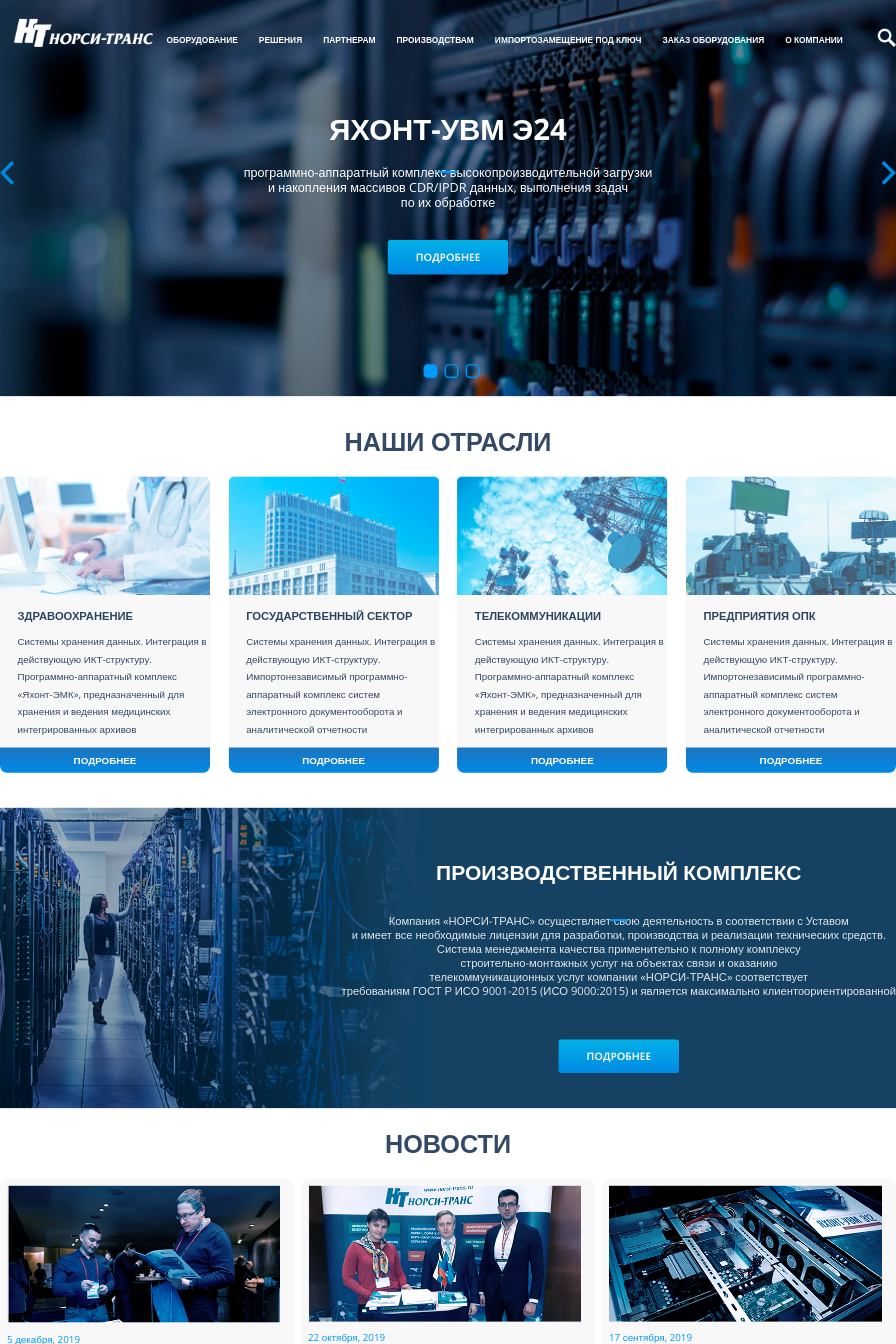
Repository: frostnn/testTaskBurbon
Page: app/index.html
These files come from the project's save history. The page is drawn as it stood at one moment and after the next save; the edit follows.
The browser window is 1280 px wide. The pictures show the part of the page from y = 0 to 1920 px (the page is 3348 px tall), at 70% of full size.
The style sheet was rebuilt from its Sass, Less or Tailwind sources for each picture, by a compiler version that may differ from the author's.

Above is the page before, as saved 2020-07-17 11:59:20.

### app/index.html
<!DOCTYPE html>
<html lang="en">
<head>
  <meta charset="UTF-8">
  <meta name="viewport" content="width=device-width, initial-scale=1.0">
  <meta http-equiv="X-UA-Compatible" content="ie=edge">
  <link rel="stylesheet" href="css/style.min.css">
  <title>Test task</title>
</head>
<body>
  <div class="bg-test">
    <header class="header">
      <div class="mobile-menu">
        <span class="mobile-menu__burger"></span>
      </div>

        <div class="header-logo">
          <img src="./img/NT_logo_color.png" alt="Логотип" class="header-logo__img">
        </div>
        <nav class="header-nav">
          <ul class="header-nav__list">
            <li class="header-nav__list-item">
              <a href="#" class="header-nav__list-link">оборудование</a>
            </li>
            <li class="header-nav__list-item">
              <a href="#" class="header-nav__list-link">решения</a>
            </li>
            <li class="header-nav__list-item">
              <a href="#" class="header-nav__list-link">партнерам</a>
            </li>
            <li class="header-nav__list-item">
              <a href="#" class="header-nav__list-link">производствам</a>
            </li>
            <li class="header-nav__list-item">
              <a href="#" class="header-nav__list-link">импортозамещение под ключ</a>
            </li>
            <li class="header-nav__list-item">
              <a href="#" class="header-nav__list-link">заказ оборудования</a>
            </li>
            <li class="header-nav__list-item">
              <a href="#" class="header-nav__list-link">о компании</a>
            </li>
          </ul>
        </nav>
        <div class="header-search">
          <img src="./img/search.png" alt="Поиск" class="header-search__img">
        </div>
    </header>
    <div class="mobile-nav">
      <div class="mobile-nav__close"></div>
      <ul class="mobile-nav_list">
        <li class="mobile-nav_list-title equipment">Оборудование</li>
        <li class="mobile-nav_list-text equipment"><a href="#" class="mobile-nav_item-link">Сервера хранения</a></li>
        <li class="mobile-nav_list-text equipment"><a href="#" class="mobile-nav_item-link">Серверное оборудование</a></li>
        <li class="mobile-nav_list-text equipment"><a href="#" class="mobile-nav_item-link">Контроллеры</a></li>
        <li class="mobile-nav_list-text equipment"><a href="#" class="mobile-nav_item-link">СХД</a></li>
        <li class="mobile-nav_list-text equipment"><a href="#" class="mobile-nav_item-link">Системы архивного хранения данных</a></li>
      </ul>
      <ul class="mobile-nav_list">
        <li class="mobile-nav_list-title decision">Решения</li>
        <li class="mobile-nav_list-text"><a href="#" class="mobile-nav_item-link">Сервера хранения</a></li>
        <li class="mobile-nav_list-text"><a href="#" class="mobile-nav_item-link">Серверное оборудование</a></li>
      </ul>
      <ul class="mobile-nav_list">
        <li class="mobile-nav_list-title partners">Партнерам</li>
        <li class="mobile-nav_list-text"><a href="#" class="mobile-nav_item-link">Сервера хранения</a></li>
        <li class="mobile-nav_list-text"><a href="#" class="mobile-nav_item-link">Серверное оборудование</a></li>
      </ul>
      <ul class="mobile-nav_list">
        <li class="mobile-nav_list-title productions">Производствам</li>
        <li class="mobile-nav_list-text"><a href="#" class="mobile-nav_item-link">Сервера хранения</a></li>
        <li class="mobile-nav_list-text"><a href="#" class="mobile-nav_item-link">Серверное оборудование</a></li>
      </ul>
      <ul class="mobile-nav_list">
        <li class="mobile-nav_list-title import">Импортозамещение под ключ</li>
        <li class="mobile-nav_list-text"><a href="#" class="mobile-nav_item-link">Сервера хранения</a></li>
        <li class="mobile-nav_list-text"><a href="#" class="mobile-nav_item-link">Серверное оборудование</a></li>
      </ul>
      <ul class="mobile-nav_list">
        <li class="mobile-nav_list-title order">Заказ оборудования</li>
        <li class="mobile-nav_list-text"><a href="#" class="mobile-nav_item-link">Сервера хранения</a></li>
        <li class="mobile-nav_list-text"><a href="#" class="mobile-nav_item-link">Серверное оборудование</a></li>
      </ul>
      <ul class="mobile-nav_list">
        <li class="mobile-nav_list-title about">О компании</li>
        <li class="mobile-nav_list-text"><a href="#" class="mobile-nav_item-link">Сервера хранения</a></li>
        <li class="mobile-nav_list-text"><a href="#" class="mobile-nav_item-link">Серверное оборудование</a></li>
      </ul>
    </div>
    <section class="slider">
      <div class="slider-block">
        <div class="slider-block__content">
          <h1 class="slider-block__content-title">Яхонт-увм э24</h1>
          <p class="slider-block__content-text">
            программно-аппаратный комплекс высокопроизводительной загрузки <br>
            и накопления массивов CDR/IPDR данных, выполнения задач<br>
            по их обработке
          </p>
          <a href="#" class="slider-block__content-link btn">Подробнее</a>
        </div>
        <div class="slider-block__content">
          <h1 class="slider-block__content-title">Яхонт-увм э24</h1>
          <p class="slider-block__content-text">
            программно-аппаратный комплекс высокопроизводительной загрузки <br>
            и накопления массивов CDR/IPDR данных, выполнения задач<br>
            по их обработке
          </p>
        <!--  <img src="./img/VPS.png" alt="" class="slider-block__content-img"> -->
          <a href="#" class="slider-block__content-link btn">Подробнее</a>
        </div>
        <div class="slider-block__content">
          <h1 class="slider-block__content-title">Яхонт-увм э24</h1>
          <p class="slider-block__content-text">
            программно-аппаратный комплекс высокопроизводительной загрузки <br>
            и накопления массивов CDR/IPDR данных, выполнения задач<br>
            по их обработке
          </p>
          <a href="#" class="slider-block__content-link btn">Подробнее</a>
        </div>
      </div>
    </section>
  </div>
  <section class="industries">
    <h2 class="industries-title">Наши отрасли</h2>
    <div class="industries-block">
      <div class="industries-block__content">
        <img src="./img/healths.png" alt="healths" class="industries-block__content-img">
        <h3 class="industries-block__content-title">Здравоохранение</h3>
        <p class="industries-block__content-text">
          Системы хранения данных. Интеграция
          в действующую ИКТ-структуру. Программно-аппаратный комплекс «Яхонт-ЭМК»,
          предназначенный для хранения и ведения медицинских интегрированных архивов
        </p>
        <a href="" class="industries-block__content-link">Подробнее</a>
      </div>
      <div class="industries-block__content">
        <img src="./img/gov.png" alt="government" class="industries-block__content-img">
        <h3 class="industries-block__content-title">Государственный сектор </h3>
        <p class="industries-block__content-text">
          Системы хранения данных. Интеграция в действующую ИКТ-структуру.
          Импортонезависимый программно-аппаратный комплекс систем электронного документооборота
          и аналитической отчетности
        </p>
        <a href="" class="industries-block__content-link">Подробнее</a>
      </div>
      <div class="industries-block__content">
        <img src="./img/telecom.png" alt="telecom" class="industries-block__content-img">
        <h3 class="industries-block__content-title">Телекоммуникации</h3>
        <p class="industries-block__content-text">
          Системы хранения данных. Интеграция в действующую ИКТ-структуру.
          Программно-аппаратный комплекс «Яхонт-ЭМК»,
          предназначенный для хранения и ведения медицинских интегрированных архивов
        </p>
        <a href="" class="industries-block__content-link">Подробнее</a>
      </div>
      <div class="industries-block__content">
        <img src="./img/opk.png" alt="opk" class="industries-block__content-img">
        <h3 class="industries-block__content-title">Предприятия ОПК</h3>
        <p class="industries-block__content-text">
          Системы хранения данных. Интеграция в действующую ИКТ-структуру.
          Импортонезависимый программно-аппаратный комплекс систем электронного документооборота
          и аналитической отчетности
        </p>
        <a href="#" class="industries-block__content-link">Подробнее</a>
      </div>
    </div>
  </section>
  <main class="production">
    <div class="production-wrapper">
      <div class="production-block">
        <h2 class="production-block__title">Производственный комплекс</h2>
        <p class="production-block__text">
          Компания «НОРСИ-ТРАНС» осуществляет свою деятельность в соответствии с Уставом <br>
          и имеет все необходимые лицензии для разработки, производства и реализации технических средств.<br>
          Система менеджмента качества применительно к полному комплексу<br>
          строительно-монтажных услуг на объектах связи и оказанию <br>
          телекоммуникационных услуг компании «НОРСИ-ТРАНС» соответствует <br>
          требованиям ГОСТ Р ИСО 9001-2015 (ИСО 9000:2015) и является максимально клиентоориентированной
        </p>
        <a href="#" class="production-block__link btn">подробнее</a>
      </div>
    </div>
  </main>
  <section class="news">
    <h2 class="news-title">Новости</h2>
      <div class="news-block">
        <div class="news-block__content">
          <img src="./img/news_1.png" alt="news_img" class="news-block__content-img">
          <span class="news-block__content-date">5 декабря, 2019</span>
          <h4 class="news-block__content-title">
            Компания «НОРСИ-ТРАНС» — участник конференции «ЦОД – модели,
            сервисы, инфраструктура», г. Екатеринбург
          </h4>
          <p class="news-block__content-text">
            28 ноября 2019 года специалисты ЗАО «НОРСИ-ТРАНС»
            приняли участие в конференции «ЦОД – модели, сервисы,
            инфраструктура», проведенной в г. Екатеринбурге.…
          </p>
          <a href="#" class="news-block__content-link">Подробнее</a>
        </div>
          <div class="news-block__content">
            <img src="./img/news_2.png" alt="news_img" class="news-block__content-img">
            <span class="news-block__content-date">22 октября, 2019</span>
            <h4 class="news-block__content-title">
              ЗАО «НОРСИ-ТРАНС» — генеральный партнер XIX
              ежегодной конференции АДЭ «Обеспечение доверия
              и безопасности при использовании ИКТ»
            </h4>
            <p class="news-block__content-text">
              ЗАО «НОРСИ-ТРАНС» приняла участие в XIX ежегодной конференции
              АДЭ «Обеспечение доверия и безопасности при использовании ИКТ»...
            </p>
            <a href="#" class="news-block__content-link">Подробнее</a>
          </div>
          <div class="news-block__content">
            <img src="./img/news_3.png" alt="news_img" class="news-block__content-img">
            <span class="news-block__content-date">17 сентября, 2019</span>
            <h4 class="news-block__content-title">
              Компания «НОРСИ-ТРАНС» приняла участие
              в выставке «Импортозамещение-2019»
            </h4>
            <p class="news-block__content-text">
              Компания «НОРСИ-ТРАНС» представила системы хранения данных
              «Яхонт-УВМ» Э12, Э24 и Э124 на выставке «Импортозамещение-2019»,
              которая прошла 10-12 сентября 2019 г.…
            </p>
            <a href="#" class="news-block__content-link">Подробнее</a>
          </div>
      </div>
      <div class="btn-wrapper">
        <button class="news-btn">Все новости</button>
      </div>
  </section>
  <section class="program">
    <div class="program-wrapper">
      <h2 class="program-title">Партнерская программа «НОРСИ-ТРАНС» </h2>
      <div class="program-block__wrapper">
        <div class="program-block">
          <img src="./img/box.png" alt="box" class="program-block__img">
          <h5 class="program-block__title">Технологический партнер</h5>
          <p class="program-block__text">Разработка и внедрение совместных решений </p>
          <div class="program-block__btn">
            <a href="#" class="program-block__btn-link">подробнее</a>
            <button class="program-block__btn-btn btn">стать партнером</button>
          </div>
        </div>
        <div class="program-block">
          <img src="./img/code.png" alt="box" class="program-block__img">
          <h5 class="program-block__title">Дистрибуция</h5>
          <p class="program-block__text">
            Закупка продуктов и решений напрямую у ЗАО «НОРСИ-ТРАНС»
            и реализация их исключительно через свою партнерскую сеть
          </p>
          <div class="program-block__btn">
            <a href="#" class="program-block__btn-link">подробнее</a>
            <button class="program-block__btn-btn btn">стать партнером</button>
          </div>
        </div>
        <div class="program-block">
          <img src="./img/case.png" alt="box" class="program-block__img">
          <h5 class="program-block__title">Системная интеграция</h5>
          <p class="program-block__text">
            Внедрение решений ЗАО «НОРСИ-ТРАНС»
            корпоративным клиентам и организациям
          </p>
          <div class="program-block__btn">
            <a href="#" class="program-block__btn-link">подробнее</a>
            <button class="program-block__btn-btn btn">стать партнером</button>
          </div>
        </div>
      </div>
    </div>
  </section>
  <footer class="footer">
    <div class="footer-nav">
      <div class="equipment-block">
        <ul class="equipment-block__list">
          <li class="equipment-block__list-titlee">Оборудование</li>
          <li class="equipment-block__list-item"> <a href="#" class="equipment-block__item-link"> Сервера хранения</a></li>
          <li class="equipment-block__list-item"> <a href="#" class="equipment-block__item-link">Серверное оборудование</a></li>
          <li class="equipment-block__list-item"> <a href="#" class="equipment-block__item-link"> Контроллеры</a></li>
          <li class="equipment-block__list-item"> <a href="#" class="equipment-block__item-link">СХД</a></li>
          <li class="equipment-block__list-item"> <a href="#" class="equipment-block__item-link">Системы архивного хранения данных</a></li>
        </ul>
      </div>
      <div class="decisions-block">
        <ul class="decisions-block__list">
          <li class="decisions-block__list-title">Решения</li>
          <li class="decisions-block__list-item"> <a href="#" class="decisions-block__item-link"> Гос. Учреждения</a></li>
          <li class="decisions-block__list-item"> <a href="#" class="decisions-block__item-link">Здравоохранение</a></li>
          <li class="decisions-block__list-item"> <a href="#" class="decisions-block__item-link">Информационные сервисы</a></li>
          <li class="decisions-block__list-item"> <a href="#" class="decisions-block__item-link">Предприятия ОПК</a></li>
          <li class="decisions-block__list-item"> <a href="#" class="decisions-block__item-link">Системы виртуализации</a></li>
          <li class="decisions-block__list-item"> <a href="#" class="decisions-block__item-link">Телекоммуникации</a></li>
        </ul>
      </div>
      <div class="partners-block">
        <ul class="partners-block__list">
          <li class="partners-block__list-title">Партнерам</li>
          <li class="partners-block__list-item"> <a href="#" class="partners-block__item-link">Партнерский раздел</a></li>
          <li class="partners-block__list-item"> <a href="#" class="partners-block__item-link">Партнеры присоединившиеся к программе</a></li>
        </ul>
        <ul class="productions-block__list">
          <li class="productions-block__list-title">Производствам</li>
          <li class="productions-block__list-item"> <a href="#" class="productions-block__item-link">Программа поддержки производителей</a></li>
          <li class="productions-block__list-item"> <a href="#" class="productions-block__item-link">Производственные партнеры</a></li>
        </ul>
      </div>
      <div class="import-block">
        <ul class="import-block__list">
          <li class="import-block__list-title">Импортозамещение под ключ</li>
          <li class="import-block__list-item"> <a href="#" class="import-block__item-link"> Серверные комплексы</a></li>
          <li class="import-block__list-item"> <a href="#" class="import-block__item-link">Сети и системы хранения данных</a></li>
          <li class="import-block__list-item"> <a href="#" class="import-block__item-link">Кластерные решения</a></li>
        </ul>
        <ul class="equipment-block__list">
          <li class="equipment-block__list-title">Заказ оборудования</li>
          <li class="equipment-block__list-item"> <a href="#" class="equipment-block__item-link">Доставка</a></li>
          <li class="equipment-block__list-item"> <a href="#" class="equipment-block__item-link">Заказ оборудования</a></li>
        </ul>
      </div>
      <div class="nav-block">
        <ul class="nav-block__list">
          <li class="nav-block__list-title" >О компании</li>
          <li class="nav-block__list-item" > <a href="#" class="nav-block__item-link">Контакты</a></li>
          <li class="nav-block__list-item" > <a href="#" class="nav-block__item-link">Материалы</a></li>
          <li class="nav-block__list-item" > <a href="#" class="nav-block__item-link">Мероприятия</a></li>
          <li class="nav-block__list-item" > <a href="#" class="nav-block__item-link">Новости</a></li>
          <li class="nav-block__list-item" > <a href="#" class="nav-block__item-link">Системы виртуализации</a></li>
          <li class="nav-block__list-item" > <a href="#" class="nav-block__item-link">Контакты</a></li>
        </ul>
      </div>
    </div>
    <div class="subfooter">
      <p class="subfooter-contacts">
        127015, г. Москва, ул. Б. Новодмитровская,
        д. 12, стр. 15, Тел: <a href="tel:(495) 748-74-83" class="subfooter-contacts__link">(495) 748-74-83</a> <a href="mailto:info@norsi-trans.ru" class="subfooter-contacts__link">info@norsi-trans.ru</a>
      </p>
      <p class="subfooter-info">
        ©1996-2018 ЗАО «НОРСИ-ТРАНС» Никакая информация с данного сайта не может быть скопирована,
        распространена либо передана любым способом для коммерческого использования без письменного согласия правообладателя.
        <a href="https://burbon.ru/" class="subfooter-link">Сделано в Burbon.ru</a>
      </p>
    </div>
  </footer>
  <script src="https://ajax.googleapis.com/ajax/libs/jquery/3.4.1/jquery.min.js"></script>
  <script src="js/libs.min.js"></script>
  <script src="js/main.js"></script>
</body>
</html>

### app/scss/_vars.scss
$white: #fff;
$blue: #019afe;

### app/scss/_fonts.scss
@import url('https://fonts.googleapis.com/css2?family=Open+Sans:wght@300;400;600;700;800&display=swap');
@font-face {
  font-family: 'Bliss Pro Bold';
  src: url('../fonts/BlissPro-Bold.eot');
  src: url('../fonts/BlissPro-Bold.eot?#iefix') format('embedded-opentype'),
  url('../fonts/BlissPro-Bold.woff') format('woff'),
  url('../fonts/BlissPro-Bold.ttf') format('truetype');
  font-weight: normal;
  font-style: normal;
  }

### app/scss/_global.scss
html {
  box-sizing: border-box;
}
body {
  font-family: 'Open Sans', sans-serif;
}
*,
*::before,
*::after {

  box-sizing: inherit;
}
a {
  display: inline;
  text-decoration: none;
  color: #fff;
}
ul,
li {
  list-style: none;
  margin: 0;
  padding: 0;
}

Loaded but not shown: app/js/libs.min.js (library); app/js/main.js (16 lines, source omitted); app/scss/_media.scss (794 lines, source omitted); app/scss/style.scss (588 lines, source omitted); app/scss/_libs.scss (469 lines, source omitted)

After the next save:
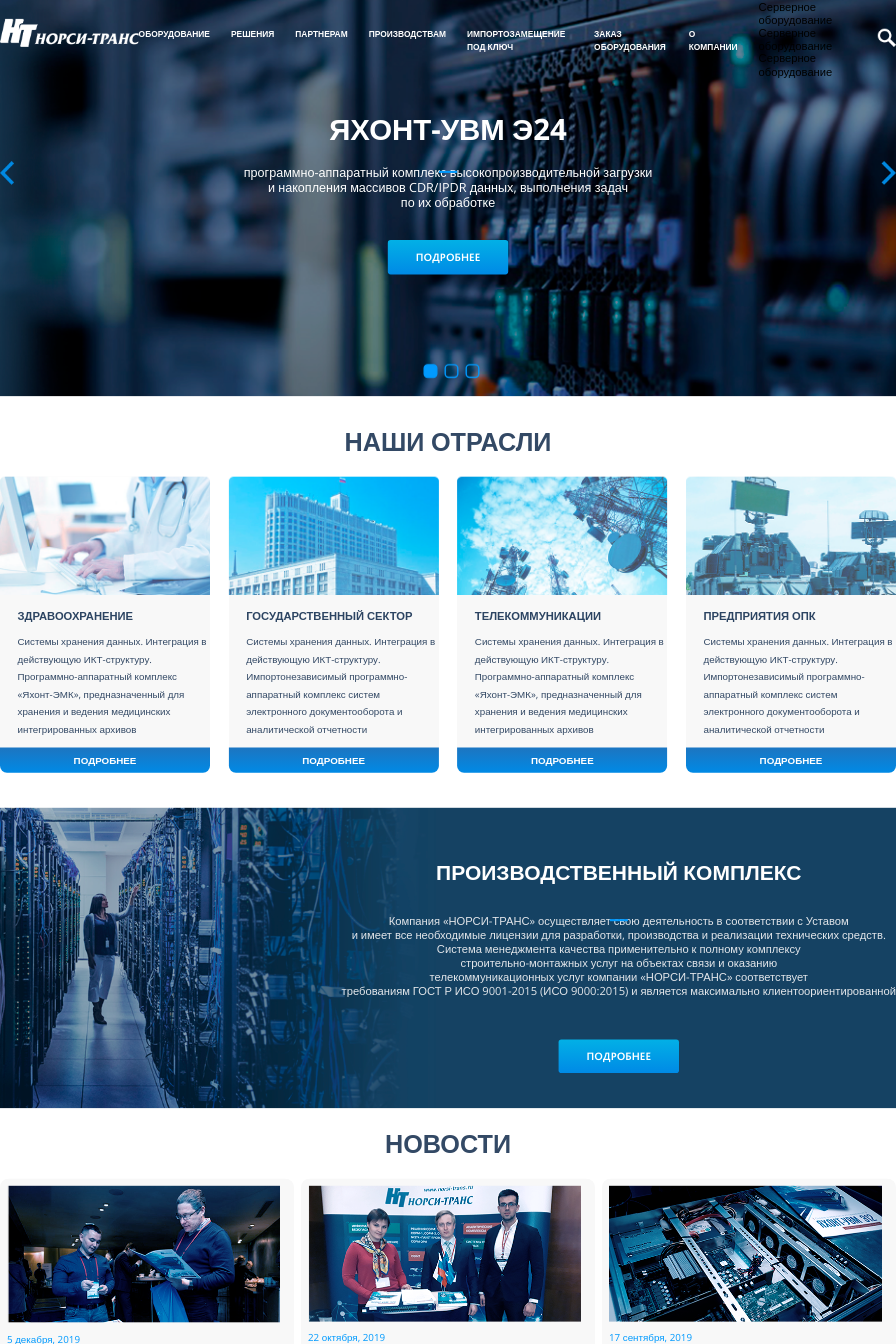
Saved 9 min 6 s later.
--- a/app/index.html
+++ b/app/index.html
@@ -42,6 +42,13 @@
             </li>
           </ul>
         </nav>
+        <div class="subnav">
+          <ul>
+            <li>Серверное оборудование</li>
+            <li>Серверное оборудование</li>
+            <li>Серверное оборудование</li>
+          </ul>
+        </div>
         <div class="header-search">
           <img src="./img/search.png" alt="Поиск" class="header-search__img">
         </div>
